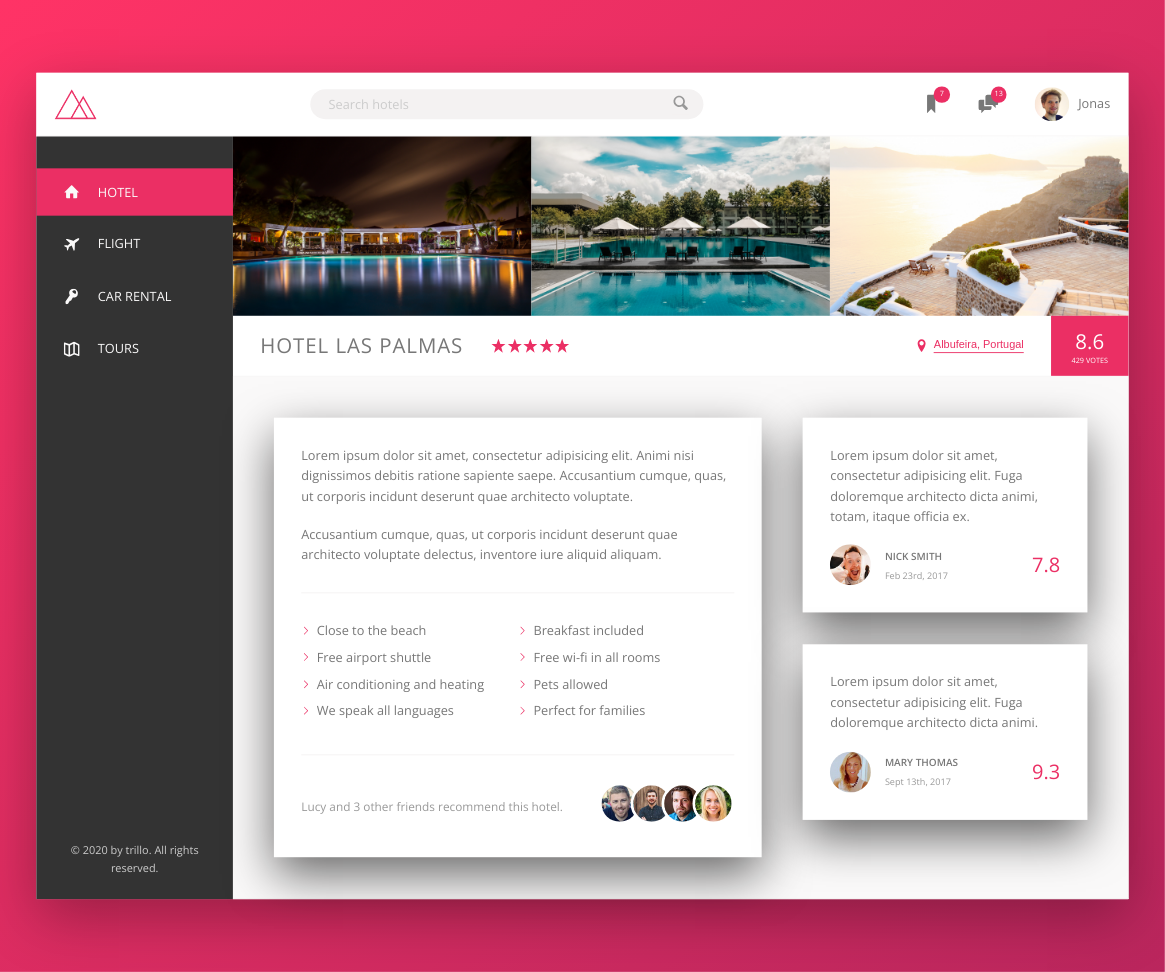
Repository: Lithium87/Trillo
Page: index.html
These files come from the project's save history. The page is drawn as it stood at one moment and after the next save; the edit follows.
The browser window is 1280 px wide. The pictures show the whole page, at 91% of full size.
The style sheet was rebuilt from its Sass, Less or Tailwind sources for each picture, by a compiler version that may differ from the author's.

Above is the page before, as saved 2020-05-17 01:38:44.

After the next save:
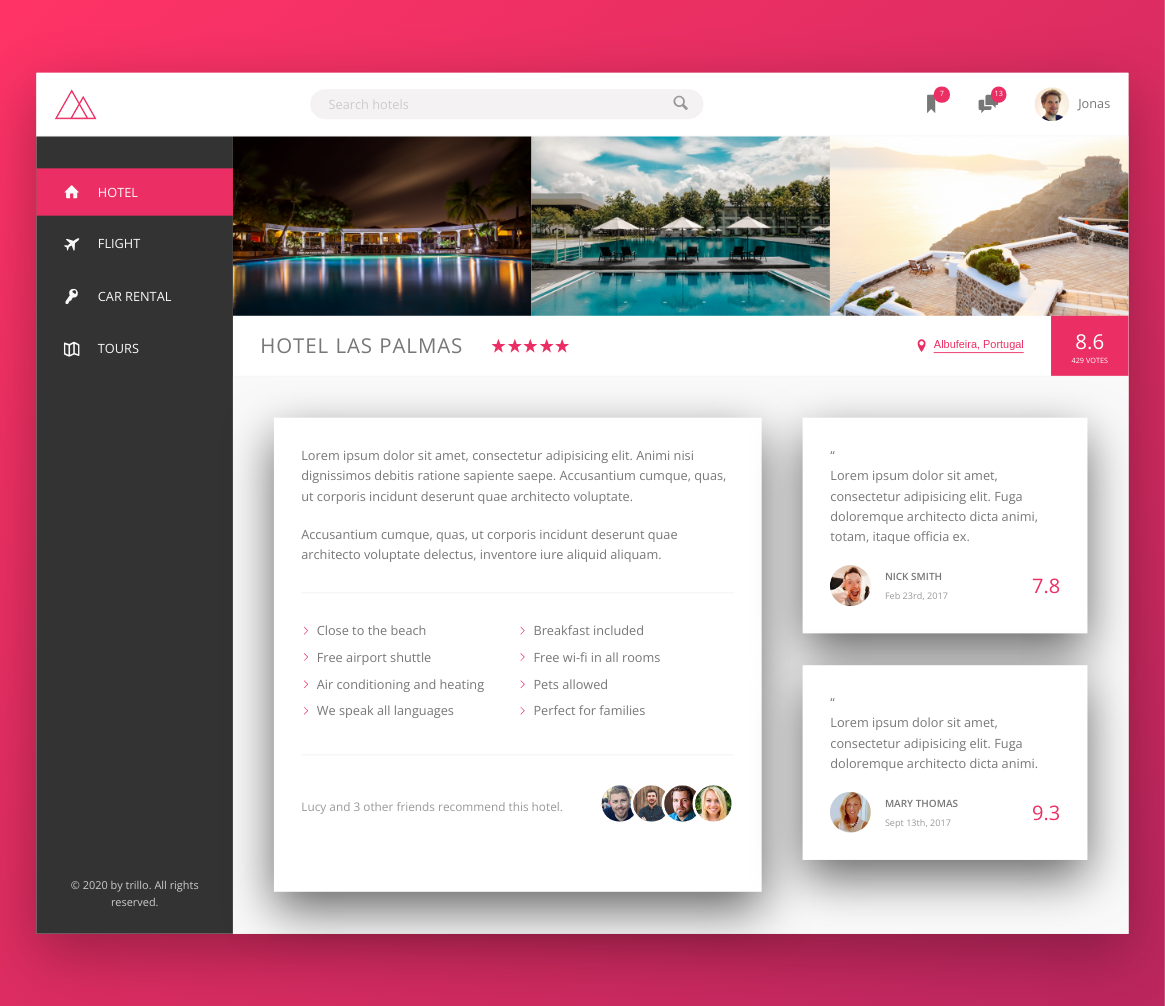
Saved 7 min 1 s later.
--- a/sass/_components.scss
+++ b/sass/_components.scss
@@ -355,4 +355,7 @@
         font-size: 2.2rem;
         font-weight: 300;
     }
-}
+    &::before {
+        content: "\201C";
+    }
+}

After the save that followed:
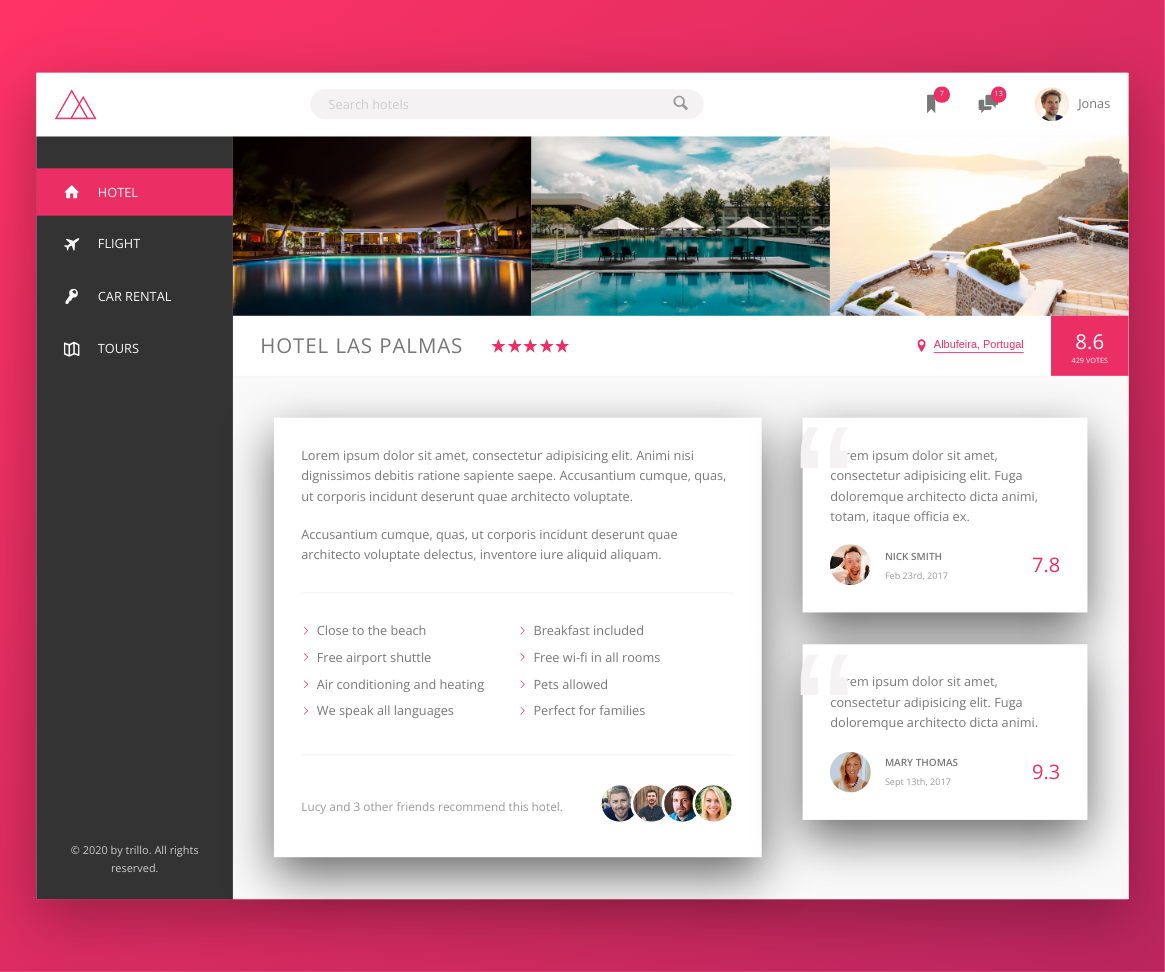
Saved 4 min 56 s later.
--- a/sass/_components.scss
+++ b/sass/_components.scss
@@ -324,6 +324,7 @@
     box-shadow: var(--shadow-light);
     padding: 3rem;
     margin-bottom: 3.5rem;
+    position: relative;
     &__text {
         margin-bottom: 2rem;
     }
@@ -357,5 +358,12 @@
     }
     &::before {
         content: "\201C";
-    }
-}
+        position: absolute;
+        top: -2rem;
+        left: -1rem;
+        line-height: 1;
+        font-size: 20rem;
+        color: var(--color-grey-light-2);
+        font-family: sans-serif;
+    }
+}
